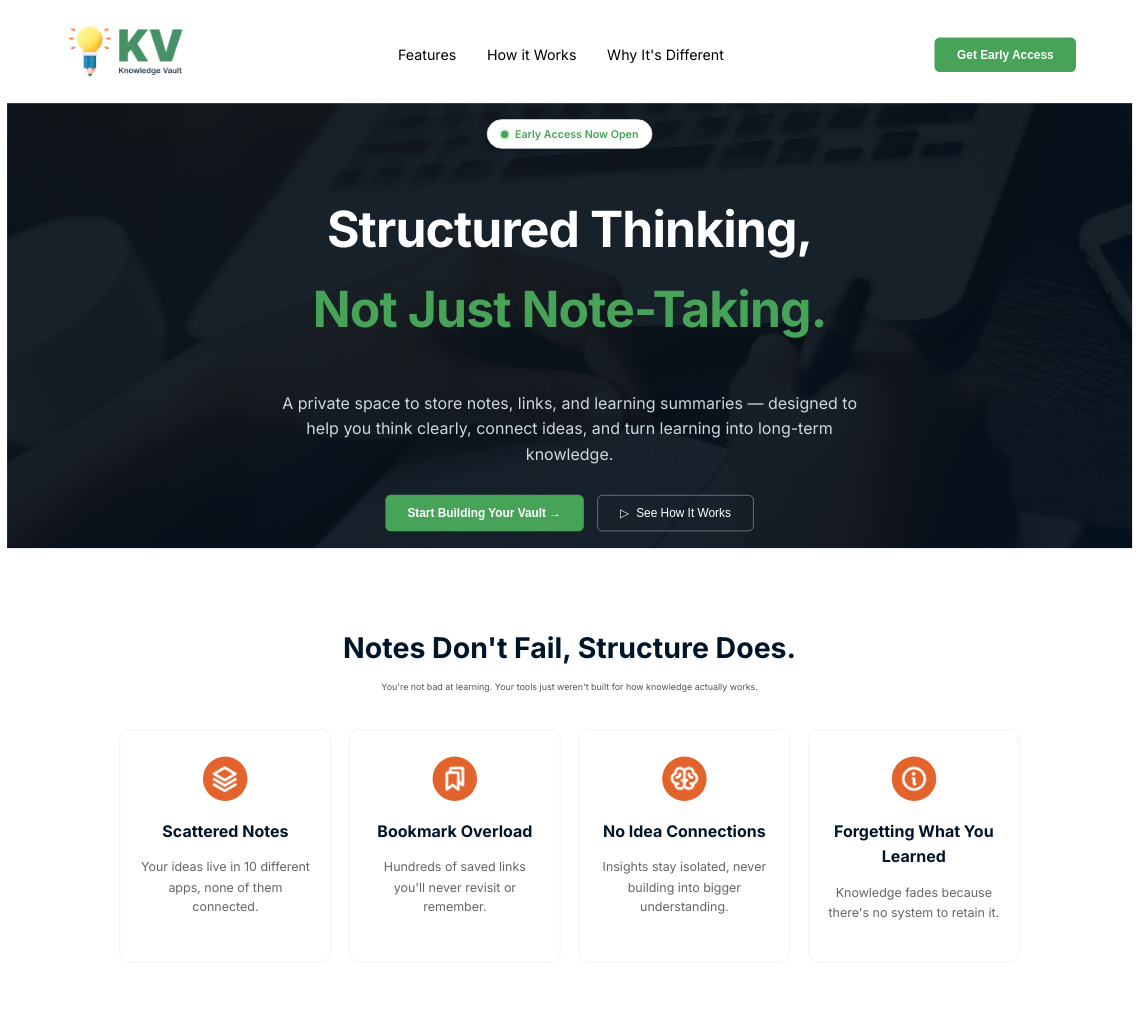
Repository: Saiful21Islam/my-fast-devel
Page: index.html
The author's editor kept a copy of each file at every save. The page is drawn from the files as they stood at one save, then again after the next save.
The browser window is 1280 px wide. The pictures show the whole page, at 89% of full size.

Above is the page before, as saved 2026-01-31 12:23:41.

### index.html
<!DOCTYPE html>
<html lang="en">

<head>
    <meta charset="UTF-8">
    <meta name="viewport" content="width=device-width, initial-scale=1.0">
    <title>My Fast Development Project</title>
    <link rel="preconnect" href="https://fonts.googleapis.com">
<link rel="preconnect" href="https://fonts.gstatic.com" crossorigin>
<link href="https://fonts.googleapis.com/css2?family=Inter:ital,opsz,wght@0,14..32,100..900;1,14..32,100..900&family=Open+Sans:ital,wght@0,300..800;1,300..800&family=Work+Sans:ital,wght@0,100..900;1,100..900&display=swap" rel="stylesheet">
    <link rel="stylesheet" href="style.css">
</head>

<body>
    <header class="navbar">
        <div class="logo">
            <img src="assets/logo-navbar.png" alt="kv logo">
        </div>
    <nav class="nav-links">
        <a href="#">Features</a>
        <a href="#">How it Works</a>
        <a href="#">Why It's Different</a>
    </nav>
    <button class="btn-primary">Get Early Access</button>
</header>
 <section class="banner">
        <div class="banner-overlay">
            <div class="banner-content">
                <span class="early-badge">Early Access Now Open</span>
                <h1>Structured Thinking, <br><span class="green-text">Not Just Note-Taking.</span></h1>
                <p>A private space to store notes, links, and learning summaries — designed to help you think clearly,
                    connect ideas, and turn learning into long-term knowledge.</p>
                <div class="banner-btns">
                  <button class="btn-primary">Start Building Your Vault &rarr;</button>

                  <button class="btn-outline">
                  <span class="play-icon">&#9655;</span> See How It Works
                           </button>
                </div>
            </div>
        </div>
    </section>
        <section class="notes">
    <h2 class="Notes" >Notes Don't Fail, Structure Does.</h2>
    <p class="subtitle">You're not bad at learning. Your tools just weren't built for how knowledge actually works.</p>

    <div class="card-container">
        <div class="card">
            <div class="icon-circle red-bg"> <img src="assets/Vector.png" alt=""> </div>
            <h3>Scattered Notes</h3>
            <p>Your ideas live in 10 different apps, none of them connected.</p>
        </div>
        <div class="card">
            <div class="icon-circle orange-bg"> <img src="assets/Bookmarks.png" alt=""> </div>
            <h3>Bookmark Overload</h3>
            <p>Hundreds of saved links you'll never revisit or remember.</p>
        </div>
        <div class="card">
            <div class="icon-circle red-bg"> <img src="assets/Brain.png" alt=""> </div>
            <h3>No Idea Connections</h3>
            <p>Insights stay isolated, never building into bigger understanding.</p>
        </div>
        <div class="card">
            <div class="icon-circle red-bg"> <img src="assets/Info.png" alt=""> </div>
            <h3>Forgetting What You Learned</h3>
            <p>Knowledge fades because there's no system to retain it.</p>
        </div>
    </div>
    </section>


</body>
</html>

### style.css
/* Google Font (Always on Top) */
@import url('https://fonts.googleapis.com/css2?family=Inter:wght@400;600;700&display=swap');

/* Global */
body {
    font-family: 'Inter', sans-serif;
    color: #001529;
    line-height: 1.6;
}

/* Navbar */
.navbar {
    display: flex;
    justify-content: space-between;
    align-items: center;
    padding: 20px 5%;
}

.nav-links a {
    text-decoration: none;
    color: black;
    margin: 0 15px;
}

/* Buttons */
.btn-early {
    background-color: #46a358;
    color: white;
    padding: 10px 20px;
    border: none;
    border-radius: 5px;
}

/* Banner */
.banner {
    background-image: linear-gradient(rgba(0,0,0,0.5), rgba(0,0,0,0.5)),
                      url('assets/hero-bg.png');
    background-size: cover;
    background-position: center;
    height: 500px;

    display: flex;
    justify-content: center;
    align-items: center;
    text-align: center;
    color: white;
}

/* Badge */
.early-badge {
    display: inline-flex;
    align-items: center;
    color: #46a358;
    background-color: #fff;
    padding: 6px 15px;
    border: 1px solid #eee;
    border-radius: 50px;
    font-size: 12px;
    font-weight: 600;
    cursor: pointer;
    box-shadow: 0 2px 5px rgba(0,0,0,0.1);
}

.early-badge::before {
    content: "";
    height: 8px;
    width: 8px;
    background-color: #46a358;
    border-radius: 50%;
    margin-right: 8px;
    box-shadow: 0 0 5px rgba(70, 163, 88, 0.8);
}

/* Text */
h1 {
    font-size: 56px;
    font-weight: 700;
    letter-spacing: -1px;
}

.green-text {
    color: #46a358;
}

.banner p {
    font-size: 18px;
    color: #cfd8dc;
    max-width: 650px;
    margin: 20px auto;
}

/* Banner Buttons */
.banner-btns {
    display: flex;
    justify-content: center;
    gap: 15px;
    margin-top: 30px;
}

.btn-primary {
    background-color: #46a358;
    color: white;
    padding: 12px 25px;
    border: none;
    border-radius: 6px;
    font-weight: 600;
    cursor: pointer;
    transition: 0.3s;
}

.btn-primary:hover {
    background-color: #3b8a4a;
}

.btn-outline {
    background: transparent;
    color: white;
    padding: 12px 25px;
    border: 1px solid rgba(255, 255, 255, 0.4);
    border-radius: 6px;
    font-weight: 500;
    cursor: pointer;
    display: flex;
    align-items: center;
    gap: 8px;
}

.btn-outline:hover {
    background: rgba(255, 255, 255, 0.1);
    border-color: white;
}


.notes {
    text-align: center;
    padding: 60px 10%;
    background-color: #fff;
}

.card-container {
    display: flex; /* 4ti card ke pashapashi rakhar jonno */
    gap: 20px;
    margin-top: 40px;
}

.card {
    flex: 1; /* Shob card shoman size-er hobe */
    padding: 30px 20px;
    border: 1px solid #f4f0ee;
    border-radius: 12px;
    transition: 0.3s;

}

/* Hover Effect (Challenge Requirement) */
.card:hover {
    box-shadow: 0 10px 20px rgba(0,0,0,0.05);
    transform: translateY(-5px);
}

/* Icon Design */
.icon-circle {
    width: 50px;
    height: 50px;
    border-radius: 50%;
    display: flex;
    align-items: center;
    justify-content: center;
    margin: 0 auto 20px;
    font-size: 20px;

}
.Notes {
    font-size: 32px;
    font-weight: 700;
    margin-bottom: 10px;
}
.subtitle {
    font-size: 10px;
    color: #555;
}
.red-bg { background-color: #e3632c; color: #f1ecec; }
.orange-bg { background-color: #e3632c; color: #fefdfc; }

.card h3 {
    font-size: 18px;
    margin-bottom: 10px;
}

.card p {
    font-size: 14px;
    color: #666;
}

After the next save:
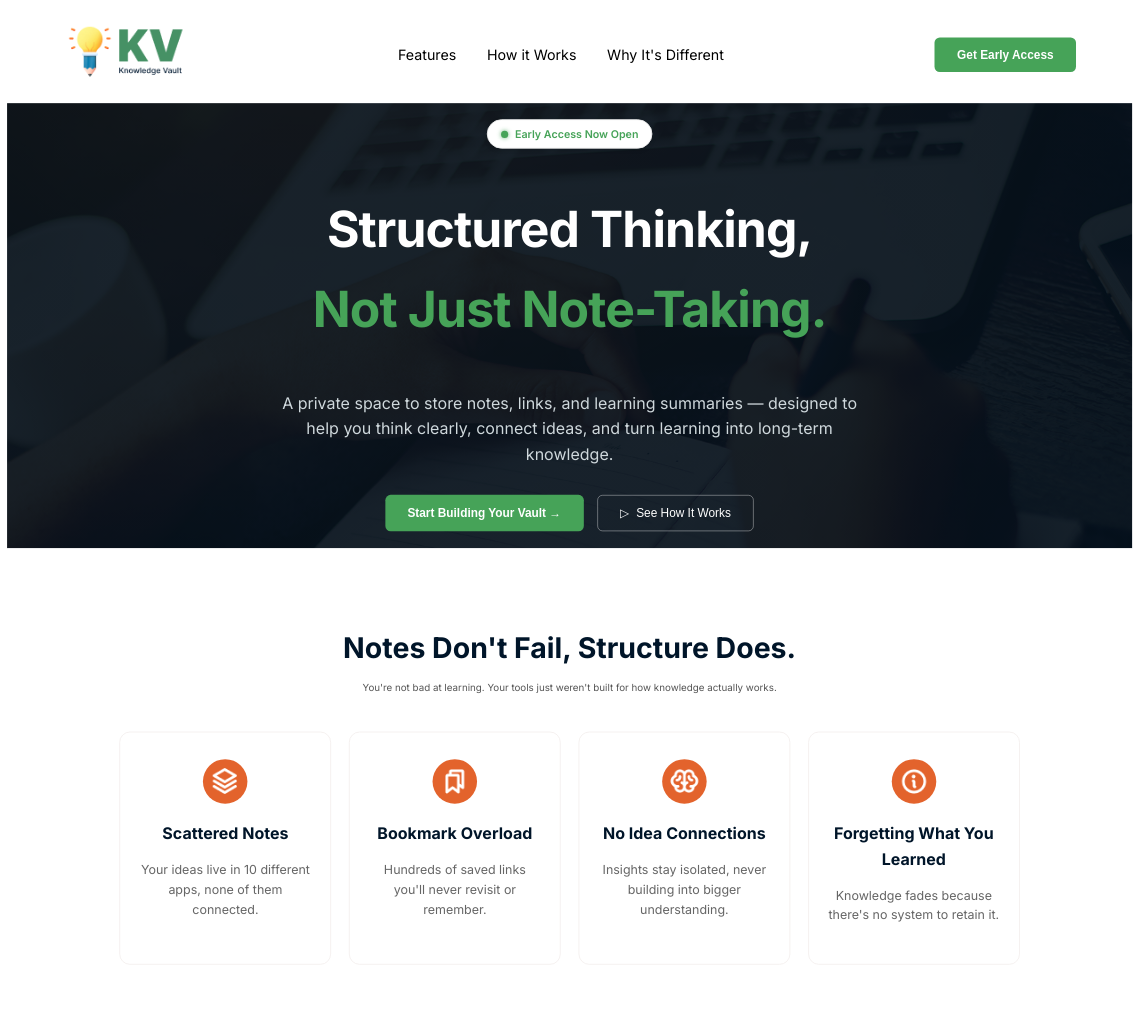
Saved 13 s later.
--- a/style.css
+++ b/style.css
@@ -176,7 +176,7 @@
     margin-bottom: 10px;
 }
 .subtitle {
-    font-size: 10px;
+    font-size: 11px;
     color: #555;
 }
 .red-bg { background-color: #e3632c; color: #f1ecec; }
